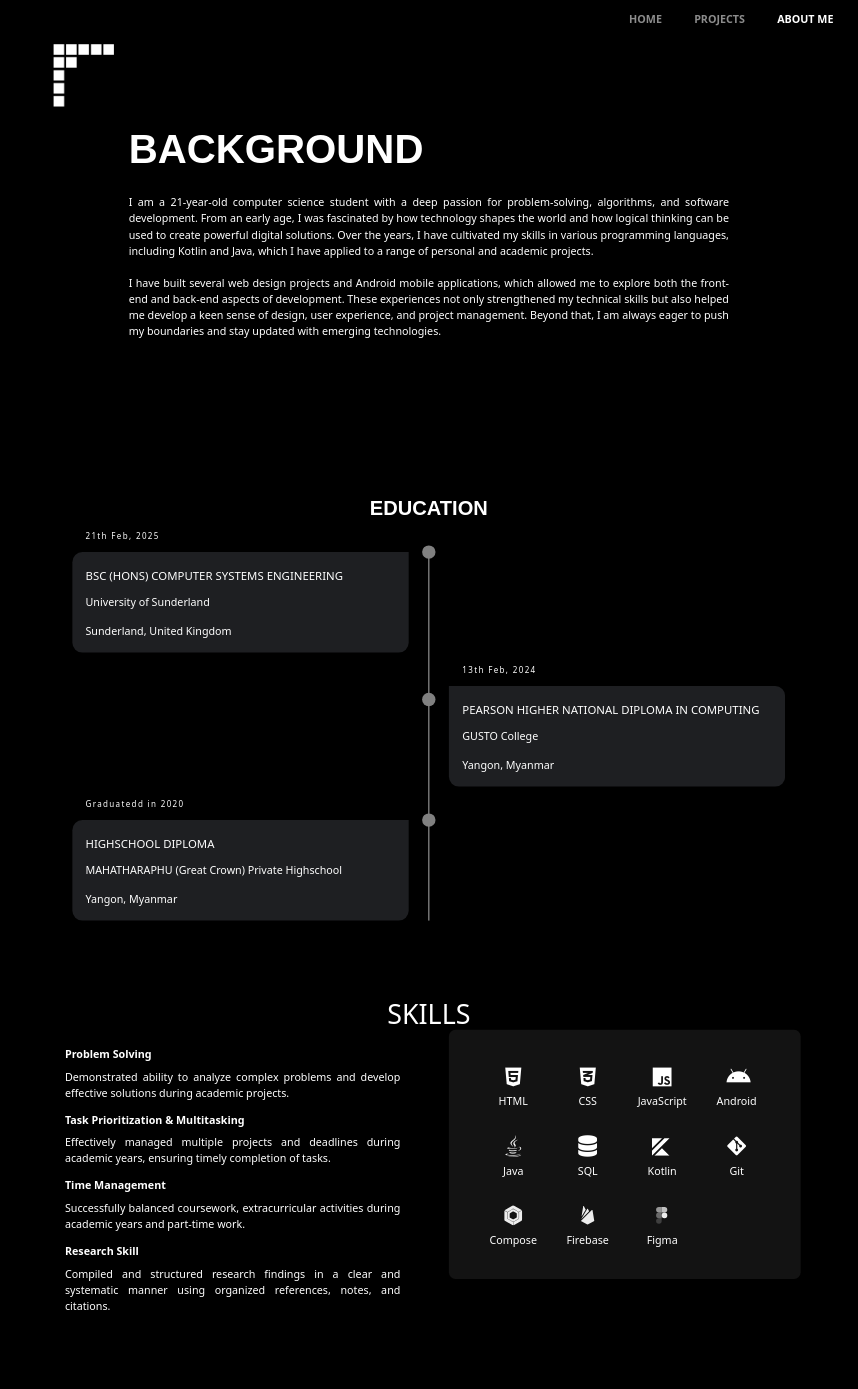
Repository: pyaestk/Portfolio-template
Page: aboutme.html
The author's editor kept a copy of each file at every save. The page is drawn from the files as they stood at one save, then again after the next save.
The browser window is 1280 px wide. The pictures show the whole page, at 67% of full size.
Some web fonts or font styles are not loaded; a fallback is used. Some web libraries are served in a nearby version.

Above is the page before, as saved 2025-05-24 20:26:57.
Console error: TypeError: Cannot read properties of null (reading 'addEventListener')

After the next save:
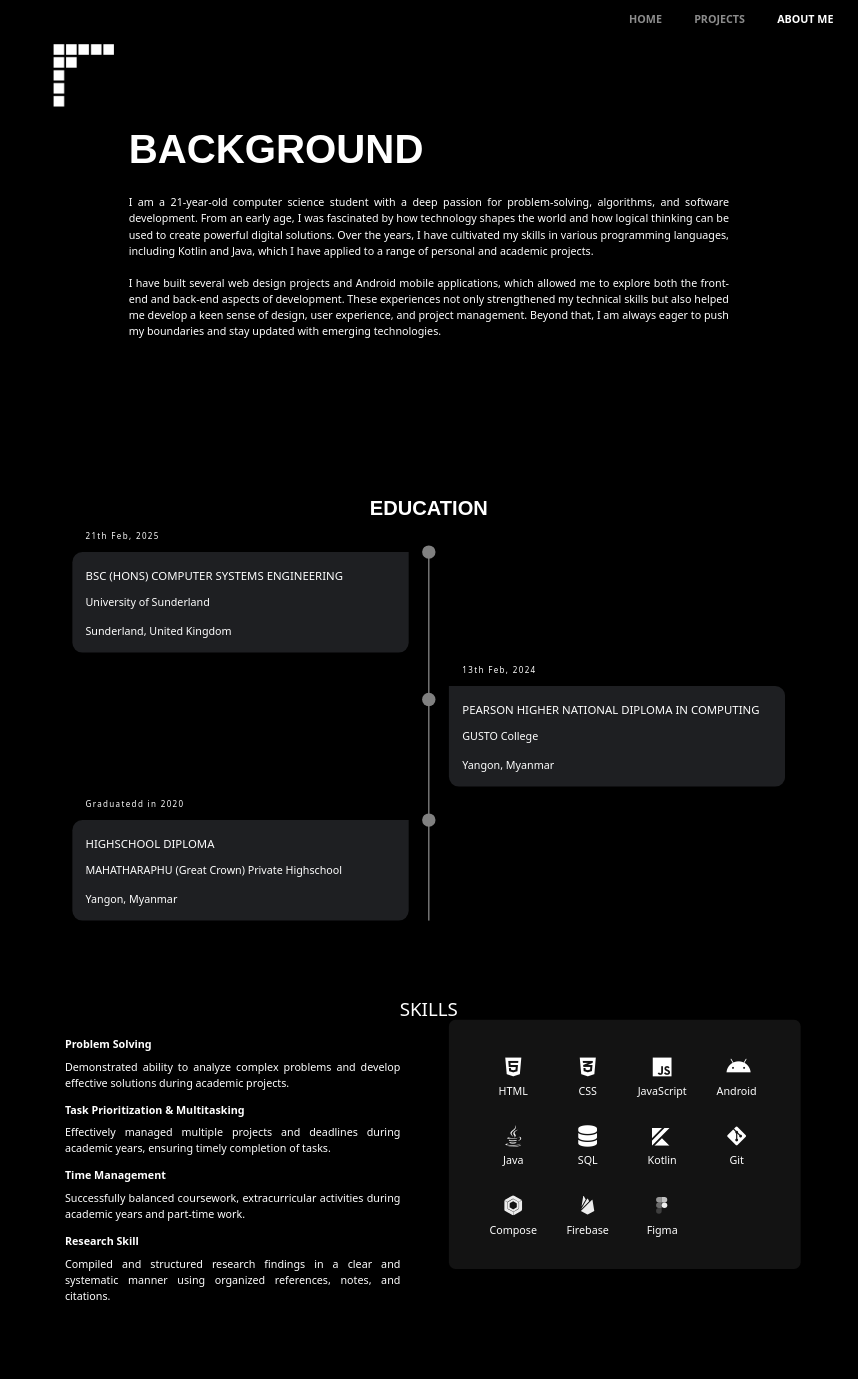
Saved 7 s later.
--- a/aboutme.html
+++ b/aboutme.html
@@ -103,7 +103,7 @@
   <div class="container-fluid text-white py-5 bg-black">
     <div class="row skills-container mx-2 g-3">
 
-      <h1 class="text-center" >SKILLS</h1>
+      <h3 class="text-center" >SKILLS</h3>
 
       <div class="col-12 col-md-5 mb-5 softskills-container">
         <ul class="list-unstyled">
